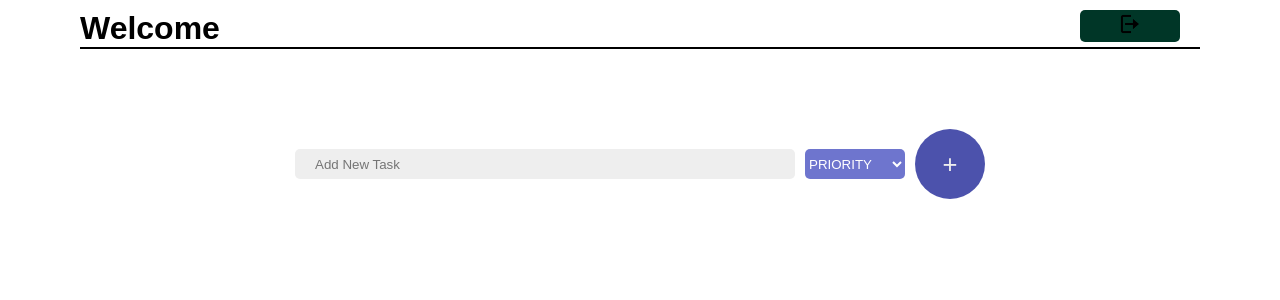
Repository: tebo27cMd/todo_App
Page: /HomePage
An editor plug-in stored every save of this project. The page is shown before and after the next save, followed by the edit.
The browser window is 1280 px wide. The pictures show the whole page.
The page's requests for data from a server got no answer. The project was rebuilt for these pictures with package versions that can differ from the ones it lists, and the page was loaded fresh each time. No one was signed in, and anything a server would have sent is missing. Also part of the build but not shown: src/Pages/LoginPage.jsx, src/Pages/SignInPage.jsx.

Above is the page before, as saved 2022-08-23 12:04:07.

After the next save:
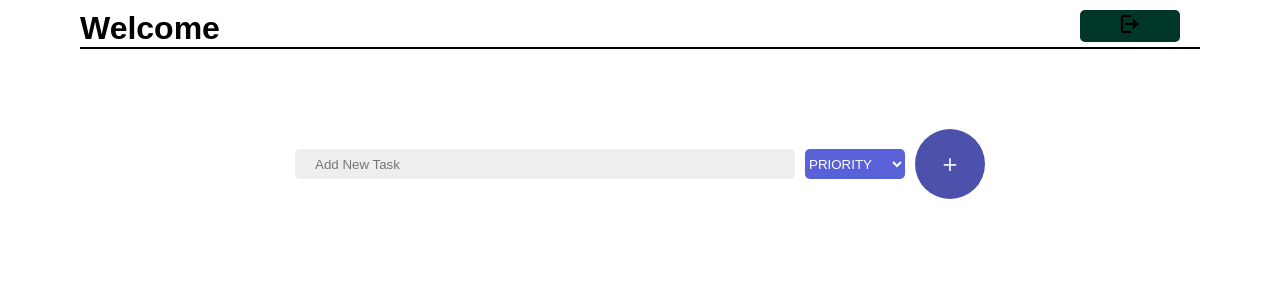
Saved 13 s later.
--- a/src/css/HomePage.css
+++ b/src/css/HomePage.css
@@ -60,7 +60,7 @@
     height: 30px;
     width: 100px;
     border: none;
-    background-color: #6e75ce;
+    background-color: #5861d8;
     border-radius: 5px;
     color: white;
 }
